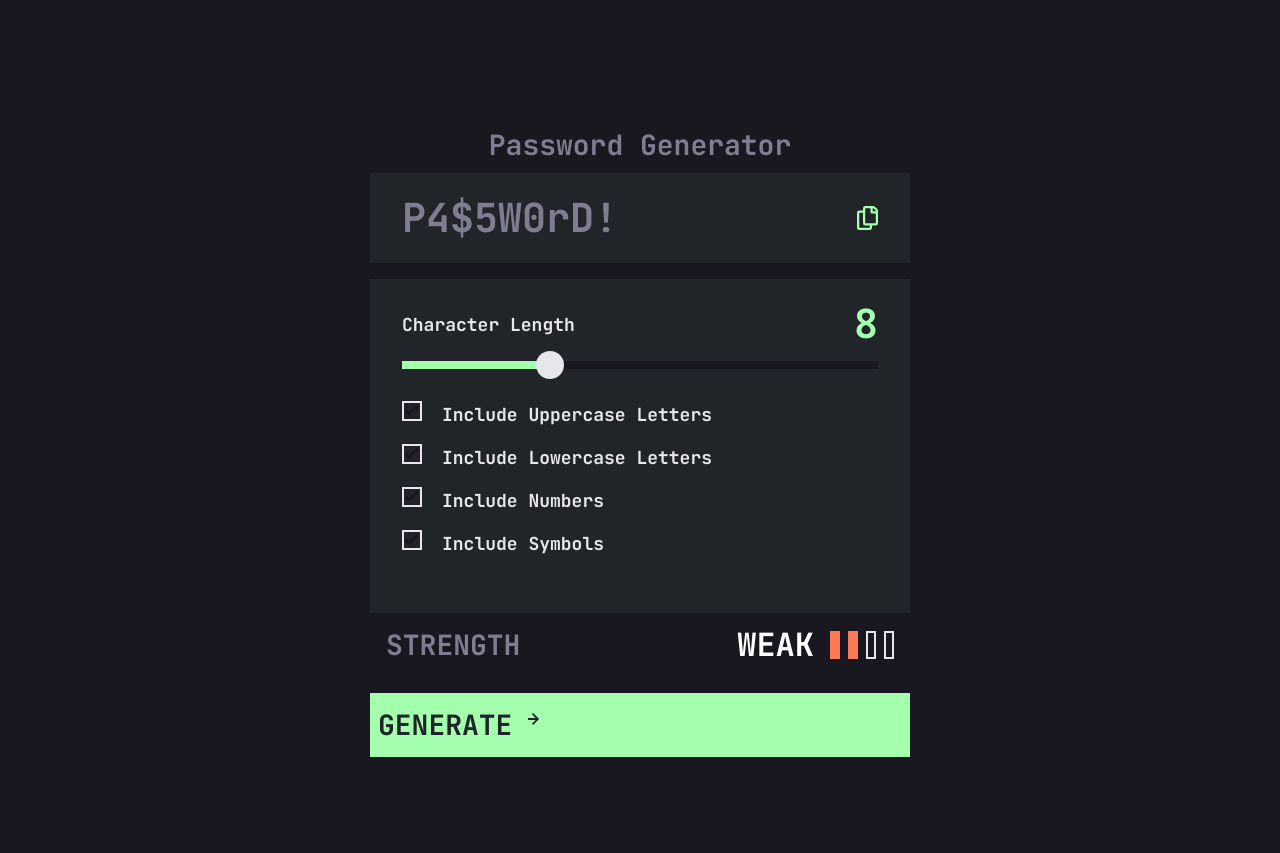
Repository: blordeus/password-generator-app
Page: starter-code/index.html
These files come from the project's save history. The page is drawn as it stood at one moment and after a run of saves; the edit follows.
The browser window is 1280 px wide. The pictures show the whole page.

Above is the page before, as saved 2023-10-05 20:50:12.

After the next 2 saves:
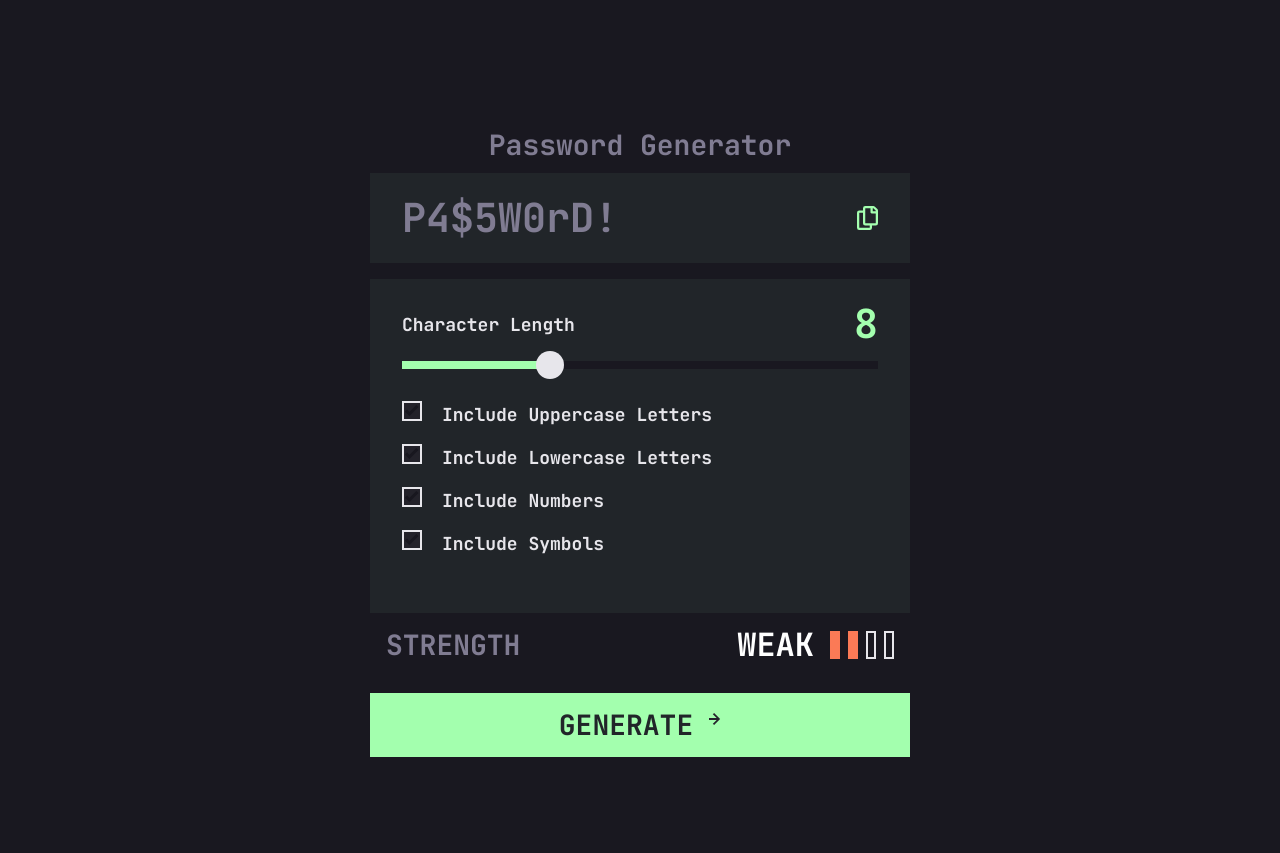
The 2 saves are shown as one change because they came seconds apart.
The last was saved 9 s later.
--- a/starter-code/index.html
+++ b/starter-code/index.html
@@ -64,7 +64,7 @@
     </div>
 
     <div>
-      <button id="generateBtn" class="uppercase fs-3 bg-green text-dark button d-flex justify-center">
+      <button id="generateBtn" class="uppercase fs-3 bg-green text-dark button d-flex justify-content-center">
         <p>Generate</p>
         <svg width="12" height="12" xmlns="http://www.w3.org/2000/svg"><path fill="#24232C" d="m5.106 12 6-6-6-6-1.265 1.265 3.841 3.84H.001v1.79h7.681l-3.841 3.84z"/></svg></button>
     </div>
